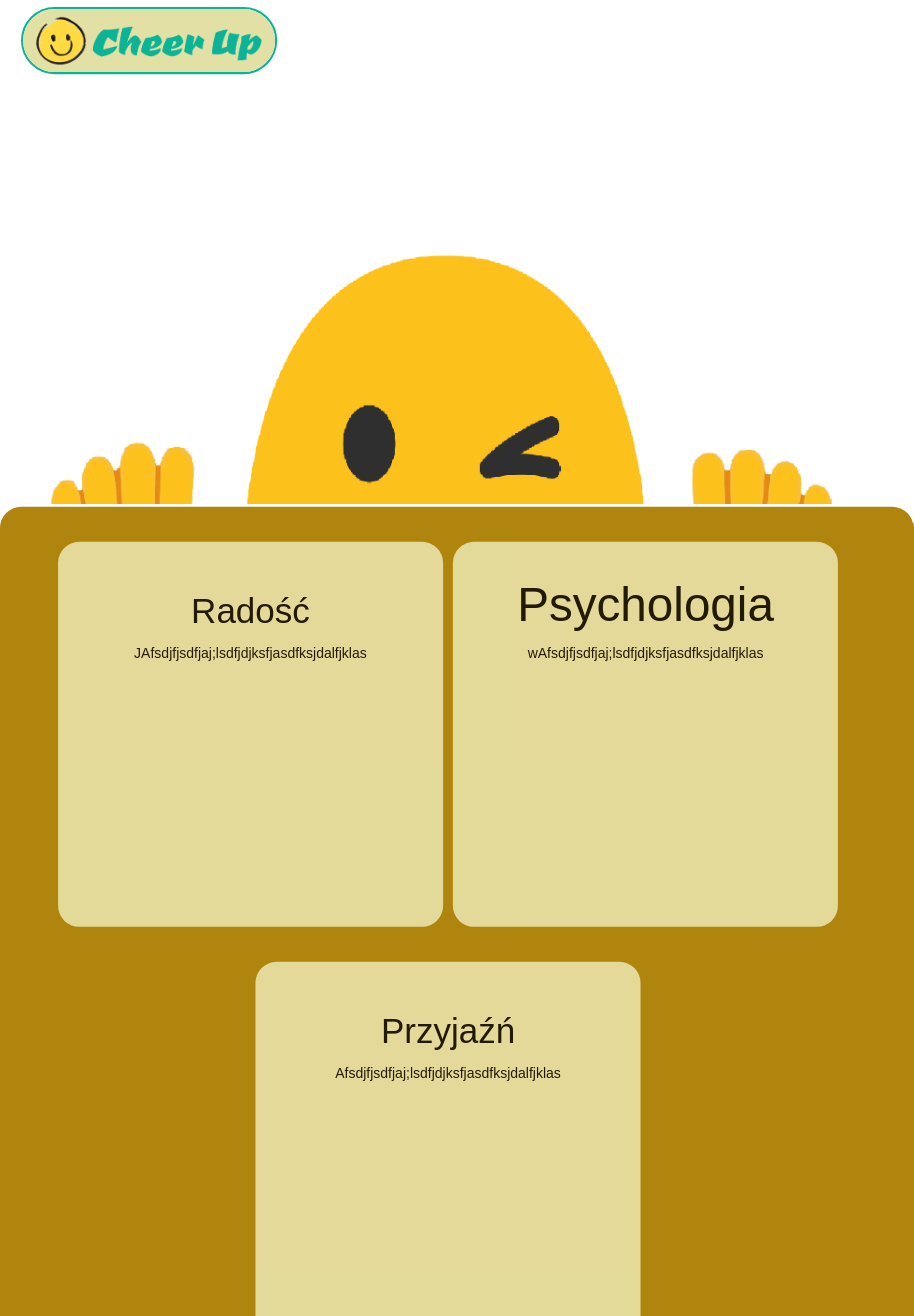
Repository: addstaw/moja-strona
Page: index.html
These files come from the project's save history. The page is drawn as it stood at one moment and after the next save; the edit follows.
The browser window is 1280 px wide. The page is 1305 px wide, then 1280 px, so the pictures cover 1305 px, including what lies to the right of the window. The pictures show the part of the page from y = 0 to 1880 px (the page is 2974 px tall before and 2924 px after), at 70% of full size.
Some web fonts or font styles are not loaded; a fallback is used.

Above is the page before, as saved 2020-05-11 10:37:36.

After the next save:
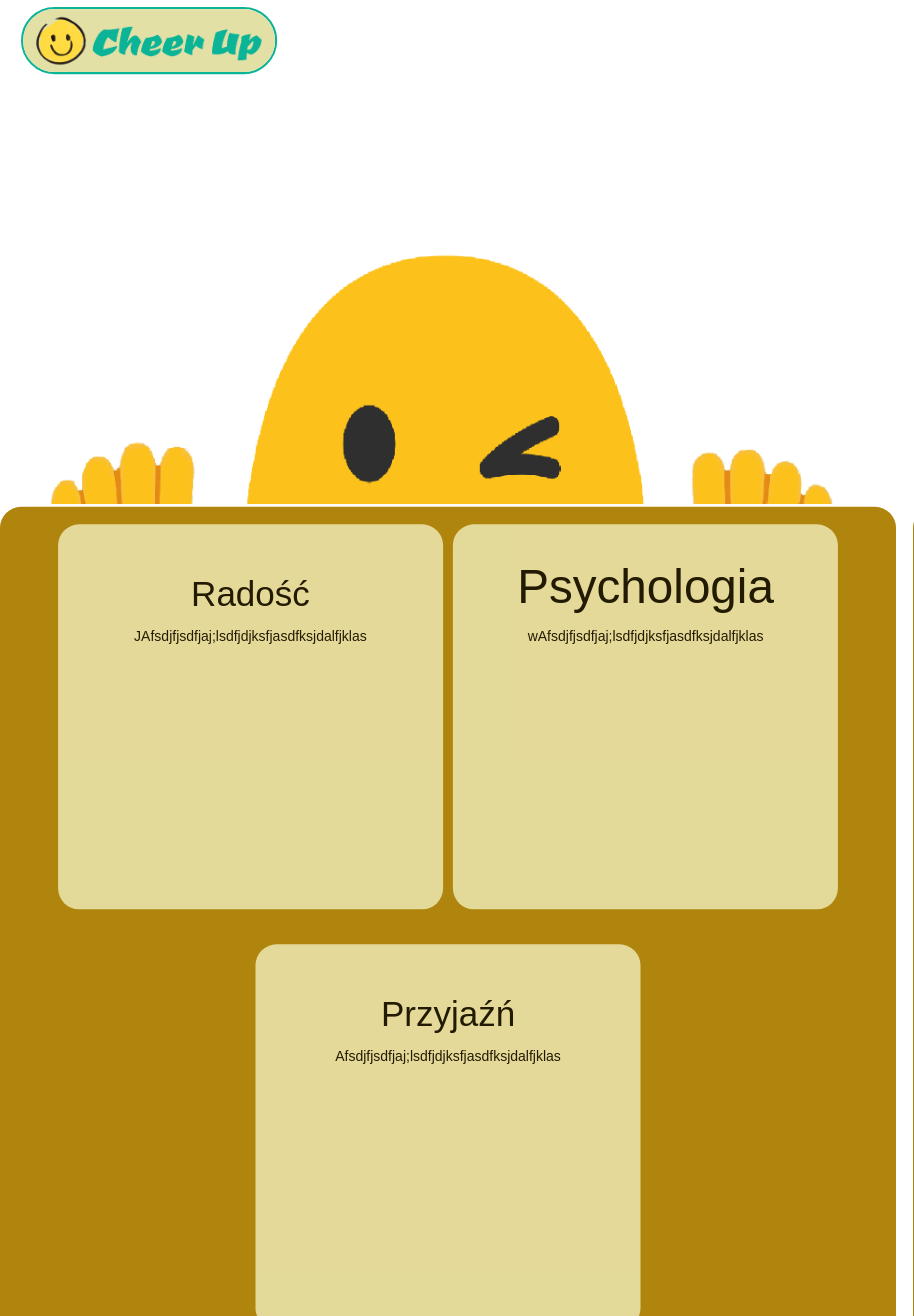
Saved 25 s later.
--- a/css/style6.css
+++ b/css/style6.css
@@ -28,8 +28,7 @@
         width: 100%;
         text-align: center;
         border-radius: 30px;
-        padding: 25px;
-        padding-left: 0px;
+
     }
         .headerIntroduce{
             font-size: 50px;
